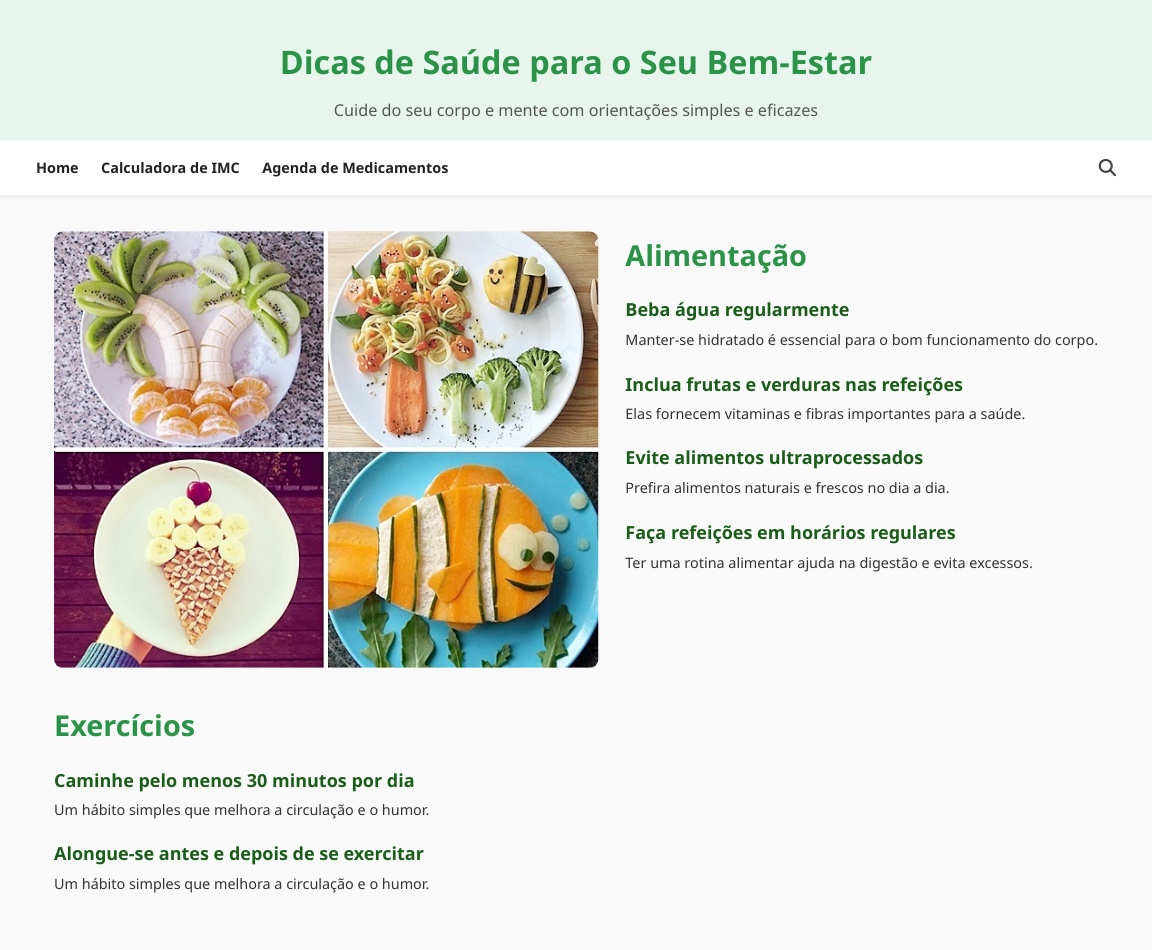
Repository: Cristiane-Sartori14/dicasSaude
Page: index.html
The author's editor kept a copy of each file at every save. The page is drawn from the files as they stood at one save, then again after the next save.
The browser window is 1280 px wide. The pictures show the whole page, at 90% of full size.

Above is the page before, as saved 2025-05-18 22:16:29.

### index.html
<!DOCTYPE html>
<html lang="en">
  <head>
    <meta charset="UTF-8" />
    <meta name="viewport" content="width=device-width, initial-scale=1.0" />
    <title>Dicas de Saúde</title>
    <link rel="stylesheet" href="style.css" />

    <link
      rel="stylesheet"
      href="https://cdnjs.cloudflare.com/ajax/libs/font-awesome/6.5.0/css/all.min.css"
    />
  </head>
  <body>
    <!-- Título principal da página -->
    <section class="main-title">
      <h1>Dicas de Saúde para o Seu Bem-Estar</h1>
      <p>Cuide do seu corpo e mente com orientações simples e eficazes</p>
    </section>

    <!--Cabeçalho-->
    <header class="header">
      <div class="nav-container">
        <nav>
          <ul class="nav-links">
            <li><a href="#">Home</a></li>
            <li><a href="#">Calculadora de IMC</a></li>
            <li><a href="#">Agenda de Medicamentos</a></li>
          </ul>
        </nav>
        <div class="header-icons">
          <div class="icon search-icon">
            <i class="fa-solid fa-magnifying-glass"></i>
          </div>
        </div>
      </div>
    </header>

    <main class="health-container">
      <div class="health-image">
        <img src="img/alimento.jpg" alt="Prato com alimentação saudável" />
      </div>

      <section class="topic" id="" alimentacao>
        <h1 class="health-title">Alimentação</h1>

        <div class="tip">
          <h3>Beba água regularmente</h3>
          <p>
            Manter-se hidratado é essencial para o bom funcionamento do corpo.
          </p>
        </div>

        <div class="tip">
          <h3>Inclua frutas e verduras nas refeições</h3>
          <p>Elas fornecem vitaminas e fibras importantes para a saúde.</p>
        </div>

        <div class="tip">
          <h3>Evite alimentos ultraprocessados</h3>
          <p>Prefira alimentos naturais e frescos no dia a dia.</p>
        </div>

        <div class="tip">
          <h3>Faça refeições em horários regulares</h3>
          <p>Ter uma rotina alimentar ajuda na digestão e evita excessos.</p>
        </div>
      </section>

      <section class="topic" id="exercicios">
         <h1 class="health-title">Exercícios</h1>
          <div class="tip">
            <h3>Caminhe pelo menos 30 minutos por dia</h3>
            <p>Um hábito simples que melhora a circulação e o humor.</p>
          </div>
          <div class="tip">
            <h3>Alongue-se antes e depois de se exercitar</h3>
            <p>Um hábito simples que melhora a circulação e o humor.</p>
          </div>



      </section>
    </main>
  </body>
</html>

### style.css
* {
  box-sizing: border-box;
  margin: 0;
  padding: 0;
}

body {
  font-family: "Segoe UI", Tahoma, Verdana, sans-serif;
  background-color: #f9f9f9;
  color: #333;
  line-height: 1.6;
}

/*Título*/
.main-title {
  text-align: center;
  padding: 40px 20px 20px;
  background-color: #e7f5ec;
}

.main-title h1 {
  font-size: 36px;
  color: #2b9348;
  margin-bottom: 10px;
}

.main-title p {
  font-size: 18px;
  color: #555;
}

/* Cabeçalho */
.header {
  background-color: #ffffff;
  box-shadow: 0 2px 4px rgba(0, 0, 0, 0.1);
  padding: 15px 30px;
  position: sticky;
  top: 0;
  z-index: 10;
}

.nav-container {
  max-width: 1200px;
  margin: 0 auto;
  display: flex;
  justify-content: space-between;
  align-items: center;
}

.nav-links {
  list-style: none;
  display: flex;
  gap: 25px;
}

.nav-links a {
  text-decoration: none;
  color: #222;
  font-weight: 600;
  transition: color 0.3s ease;
}

.nav-links a:hover,
.header-icons i:hover {
  color: #2b9348;
}

.header-icons {
  display: flex;
  align-items: center;
  gap: 15px;
}

.icon {
  font-size: 1.2rem;
  background: none;
  border: none;
  cursor: pointer;
  color: #444;
}

/* Conteúdo principal */
.health-container {
  display: flex;
  flex-wrap: wrap;
  max-width: 1200px;
  margin: 40px auto;
  gap: 30px;
  padding: 0 20px;
}

.health-image {
  flex: 1 1 300px;
}

.health-image img {
  width: 100%;
  height: auto;
  border-radius: 10px;
}

.health-details {
  flex: 2 1 500px;
}

.health-title {
  color: #2b9348;
  font-size: 32px;
  margin-bottom: 20px;
}

.tip {
  margin-bottom: 20px;
}

.tip h3 {
  font-size: 20px;
  color: #1a5d1a;
}

.tip p {
  margin-top: 5px;
}

/* Responsivo */
@media (max-width: 768px) {
  .health-container {
    flex-direction: column;
    align-items: center;
  }

  .nav-links {
    flex-direction: column;
    align-items: center;
    gap: 10px;
  }

  .nav-container {
    flex-direction: column;
    gap: 10px;
  }
}

After the next save:
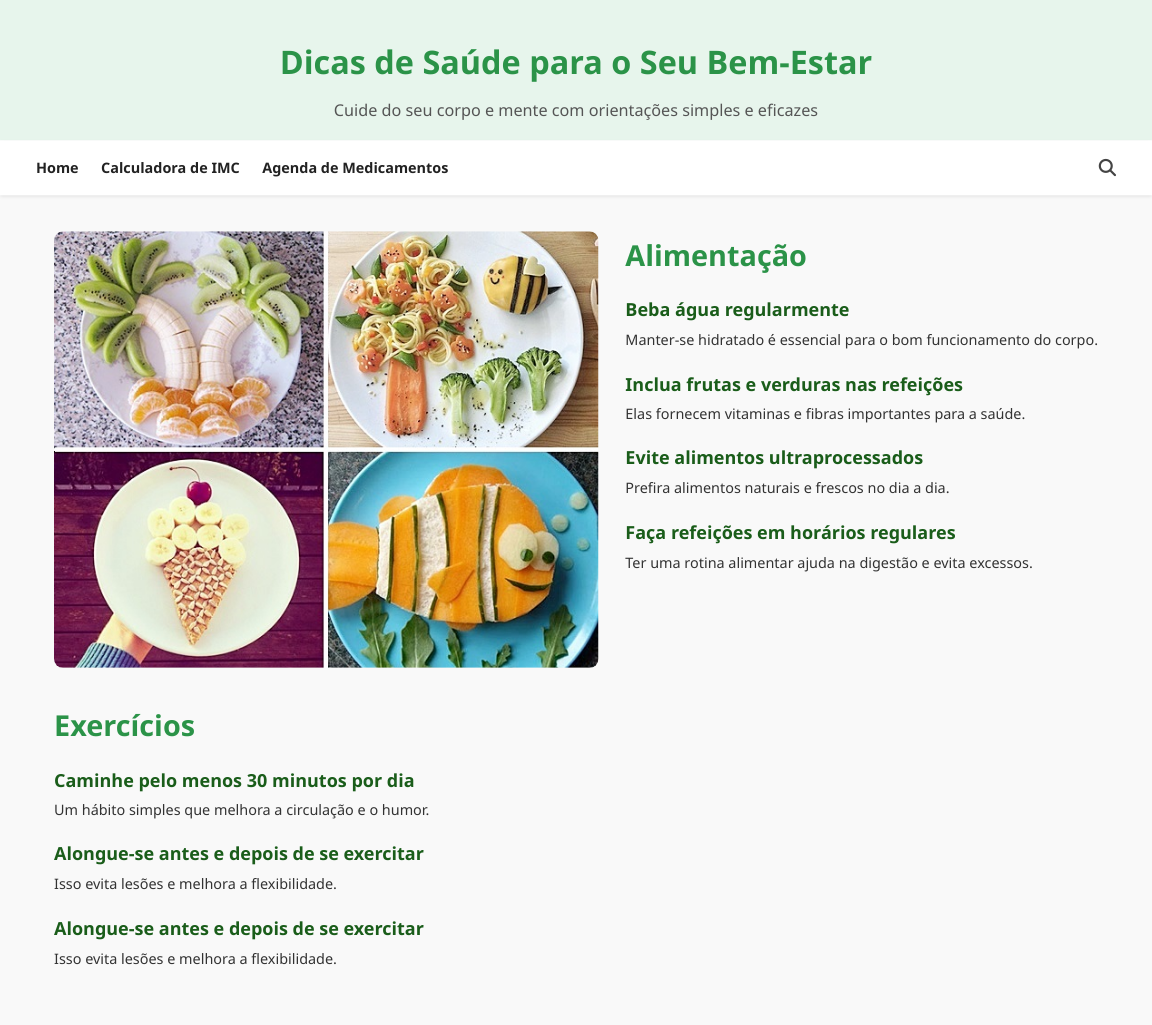
Saved 18 s later.
--- a/index.html
+++ b/index.html
@@ -75,9 +75,12 @@
           </div>
           <div class="tip">
             <h3>Alongue-se antes e depois de se exercitar</h3>
-            <p>Um hábito simples que melhora a circulação e o humor.</p>
+            <p>Isso evita lesões e melhora a flexibilidade.</p>
           </div>
-
+         <div class="tip">
+            <h3>Alongue-se antes e depois de se exercitar</h3>
+            <p>Isso evita lesões e melhora a flexibilidade.</p>
+          </div>
 
 
       </section>
